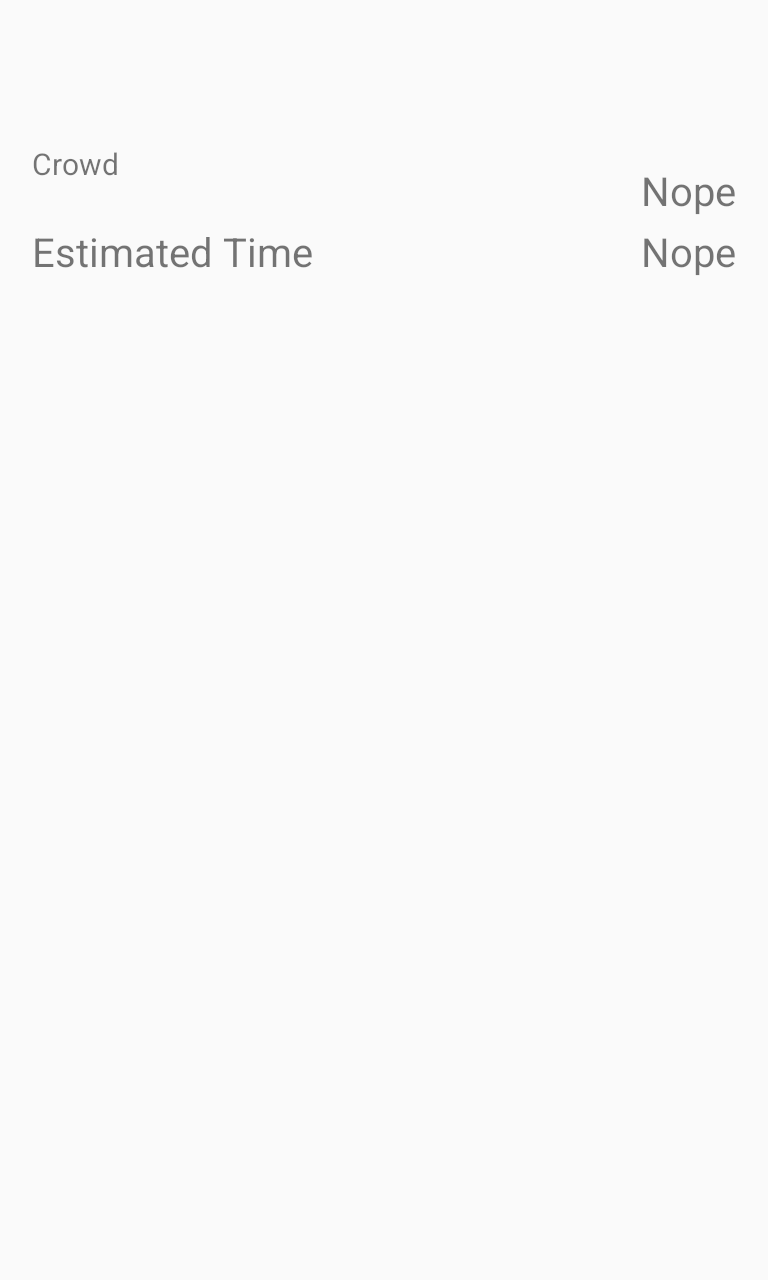
Repository: ag-chirag/brainwaves_enigma
Layout: mobile/Brainwaves/QLess/res/layout/activity_status.xml
An editor plug-in stored every save of this project. The layout is shown before and after the next save, followed by the edit.
It is drawn on a 768 x 1280 px phone screen (xhdpi) without system bars, with theme AppTheme; the app's code is not run.

Above is the layout before, as saved 2014-11-08 18:02:11.

### mobile/Brainwaves/QLess/res/layout/activity_status.xml
<RelativeLayout xmlns:android="http://schemas.android.com/apk/res/android"
    xmlns:tools="http://schemas.android.com/tools"
    android:layout_width="match_parent"
    android:layout_height="match_parent"
    android:paddingBottom="@dimen/activity_vertical_margin"
    android:paddingLeft="@dimen/activity_horizontal_margin"
    android:paddingRight="@dimen/activity_horizontal_margin"
    android:paddingTop="@dimen/activity_vertical_margin"
    tools:context="com.example.qless.StatusActivity" >

    <TextView
       	android:layout_width="wrap_content"
       	android:layout_height="wrap_content"
       	android:id="@+id/textview1"
       	android:text="@+id/status"
       	android:layout_marginTop="5dp"
       	android:layout_centerHorizontal="true"
       	android:textColor="@color/blue"
        android:textSize="30sp"
        />

    <TextView
       	android:layout_width="wrap_content"
       	android:layout_height="wrap_content"
       	android:id="@+id/textview2"
       	android:text="@string/crowd"
       	android:layout_below="@+id/textview1"
       	android:layout_marginTop="10dp"
       	android:gravity="left"
        android:textSize="15sp"
        />

    <TextView
        android:layout_width="wrap_content"
        android:layout_height="wrap_content"
        android:id="@+id/customer_number"
        android:text="Nope"
        android:layout_below="@+id/textview1"
        android:layout_alignParentRight="true"
        android:layout_marginTop="20dp"
        android:gravity="right"
        android:textSize="20sp"
        />

    <TextView
       	android:layout_width="wrap_content"
       	android:layout_height="wrap_content"
       	android:id="@+id/textview3"
       	android:text="Estimated Time"
       	android:layout_below="@+id/textview2"
       	android:layout_marginTop="20dp"
       	android:gravity="left"
        android:textSize="20sp"
        />

    <TextView
        android:layout_width="wrap_content"
        android:layout_height="wrap_content"
        android:id="@+id/time_left"
        android:text="Nope"
        android:layout_below="@+id/textview2"
        android:layout_alignParentRight="true"
        android:layout_marginTop="20dp"
        android:gravity="right"
        android:textSize="20sp"
        />

</RelativeLayout>

### mobile/Brainwaves/QLess/res/values/color.xml
<?xml version="1.0" encoding="utf-8"?>
<resources>

    <color name="blue">#446a99</color>
    <color name="red">#FF0000</color>
    <color name="black">#000000</color>
    <color name="green">#138808</color>
    <color name="bar">#ff0000</color>
    <color name="white">#fff</color>
    <color name="gray">#eeeeee</color>
    <color name="grey">	#CECECE</color>
    <color name="splash_bg">#eb5115</color>
        <color name="disable">#ccc</color>

    <color name="light_gray">#eeeeee</color>
    <color name="dark_gray">#424244</color>
    <color name="sirius_black">#000000</color>
    <color name="app_color">#ff8033</color>
    <color name="dashboard_bar">#ff8033</color>
    <color name="fixture_title">#000000</color>
    <color name="fixture_teams">#000</color>
    <color name="fixture_status">#000</color>
    <color name="score">#000</color>
    <color name="bar_sel">#ffa233</color>
    <color name="transparent_100">#FF000000</color>
    <color name="transparent_95">#F2000000</color>
    <color name="transparent_90">#E6000000</color>
    <color name="transparent_85">#D9000000</color>
    <color name="transparent_80">#CC000000</color>
    <color name="transparent_75">#BF000000</color>
    <color name="transparent_70">#B3000000</color>
    <color name="transparent_65">#A6000000</color>
    <color name="transparent_60">#99000000</color>
    <color name="transparent_55">#8C000000</color>
    <color name="transparent_50">#80000000</color>
    <color name="transparent_45">#73000000</color>
    <color name="transparent_40">#66000000</color>
    <color name="transparent_35">#59000000</color>
    <color name="transparent_30">#4D000000</color>
    <color name="transparent_25">#40000000</color>
    <color name="transparent_20">#33000000</color>
    <color name="transparent_15">#26000000</color>
    <color name="transparent_10">#1A000000</color>
    <color name="transparent_">#0D000000</color>
    <color name="transparent_0">#00000000</color>
    <color name="dashboard_bg">#eeeeee</color>
    <color name="circle_dashbord_count">#333333</color>
    <color name="live">#cc1111</color>
    <color name="no_matches_sel">#424244</color>
    <color name="no_matches_def">#333333</color>
    <color name="no_matches">#999999</color>
    <color name="bar_header">#2f74a7</color>
    <color name="chart_won">#2f74a7</color>
    <color name="chart_lost">#cc1111</color>
    <color name="chart_tie">#e04a3b</color>
    <color name="achievement">#3d96d8</color>
    <color name="player_name_solo">#ed5114</color>
    <color name="hrr">#333333</color>
    <color name="h_h_header">#666666</color>
    <color name="h_h_text">#333333</color>
    <color name="app_green">#779f38</color>
        <color name="transparent_50_app_color">#80ff8033</color>

</resources>

### mobile/Brainwaves/QLess/res/values/string.xml
<?xml version="1.0" encoding="utf-8"?>
<resources>
    <string name="live_score_url"></string>
    <string name="get_match_leaderboard_url">c</string>
	<string name="app_name">QLess</string>
    <string name="todo">TODO</string>
    <string name="email_hint">Email</string>
    <string name="pwd_hint">Password</string>
    <string name="btn_name">Login</string>
    <string name="signup">Signup</string>
    <string name="accnt">Login</string>
    <string name="name">Name</string>
    <string name="signup_heading">LogIn!</string>
    <string name="notification">Push Notifications</string>
    <string name="choose_bank">Choose a Bank</string>
    <string name="status">Status</string>
    <string name="crowd">Crowd</string>
</resources>

Loaded but not shown: mobile/Brainwaves/QLess/res/values/styles.xml (common file); mobile/Brainwaves/QLess/res/values-v11/styles.xml (common file); mobile/Brainwaves/QLess/res/values-v14/styles.xml (common file); mobile/Brainwaves/QLess/res/values/dimens.xml (common file); mobile/Brainwaves/QLess/res/values-w820dp/dimens.xml (common file)

After the next save:
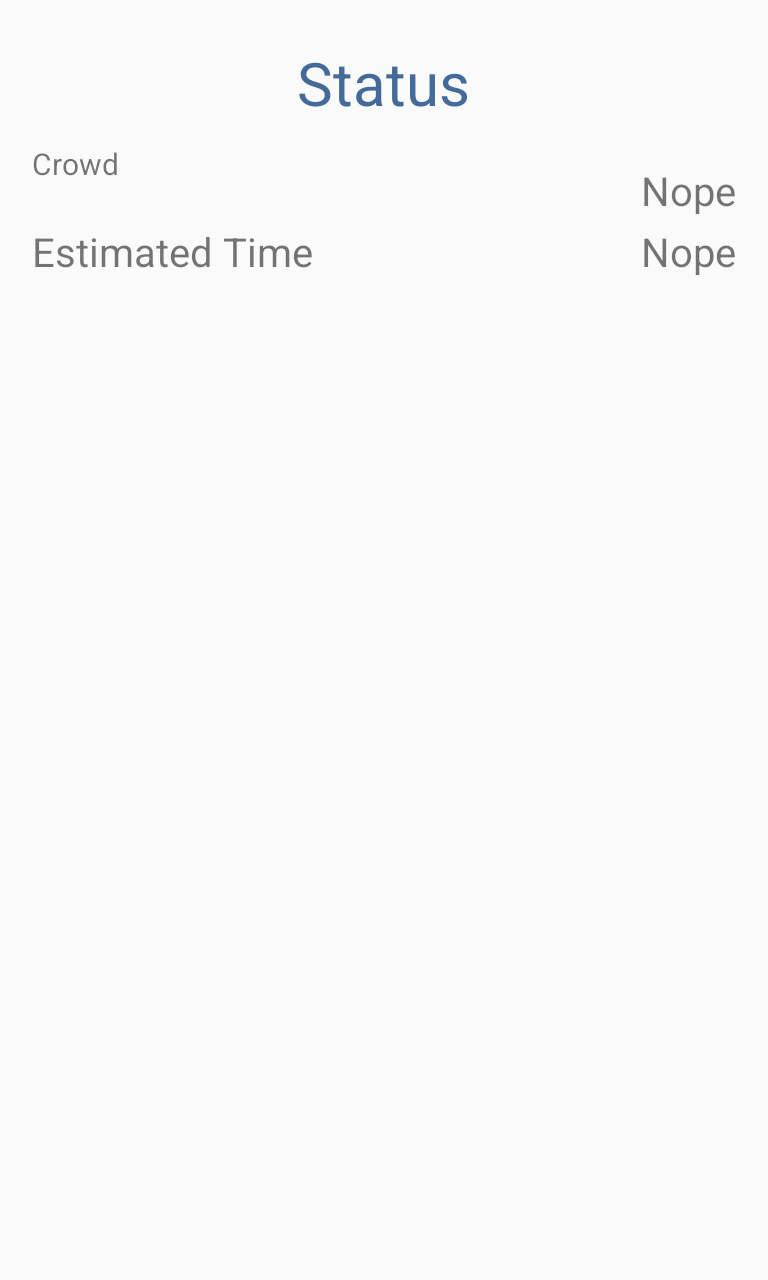
Saved 18 s later.
--- a/mobile/Brainwaves/QLess/res/layout/activity_status.xml
+++ b/mobile/Brainwaves/QLess/res/layout/activity_status.xml
@@ -12,7 +12,7 @@
        	android:layout_width="wrap_content"
        	android:layout_height="wrap_content"
        	android:id="@+id/textview1"
-       	android:text="@+id/status"
+       	android:text="@string/status"
        	android:layout_marginTop="5dp"
        	android:layout_centerHorizontal="true"
        	android:textColor="@color/blue"
